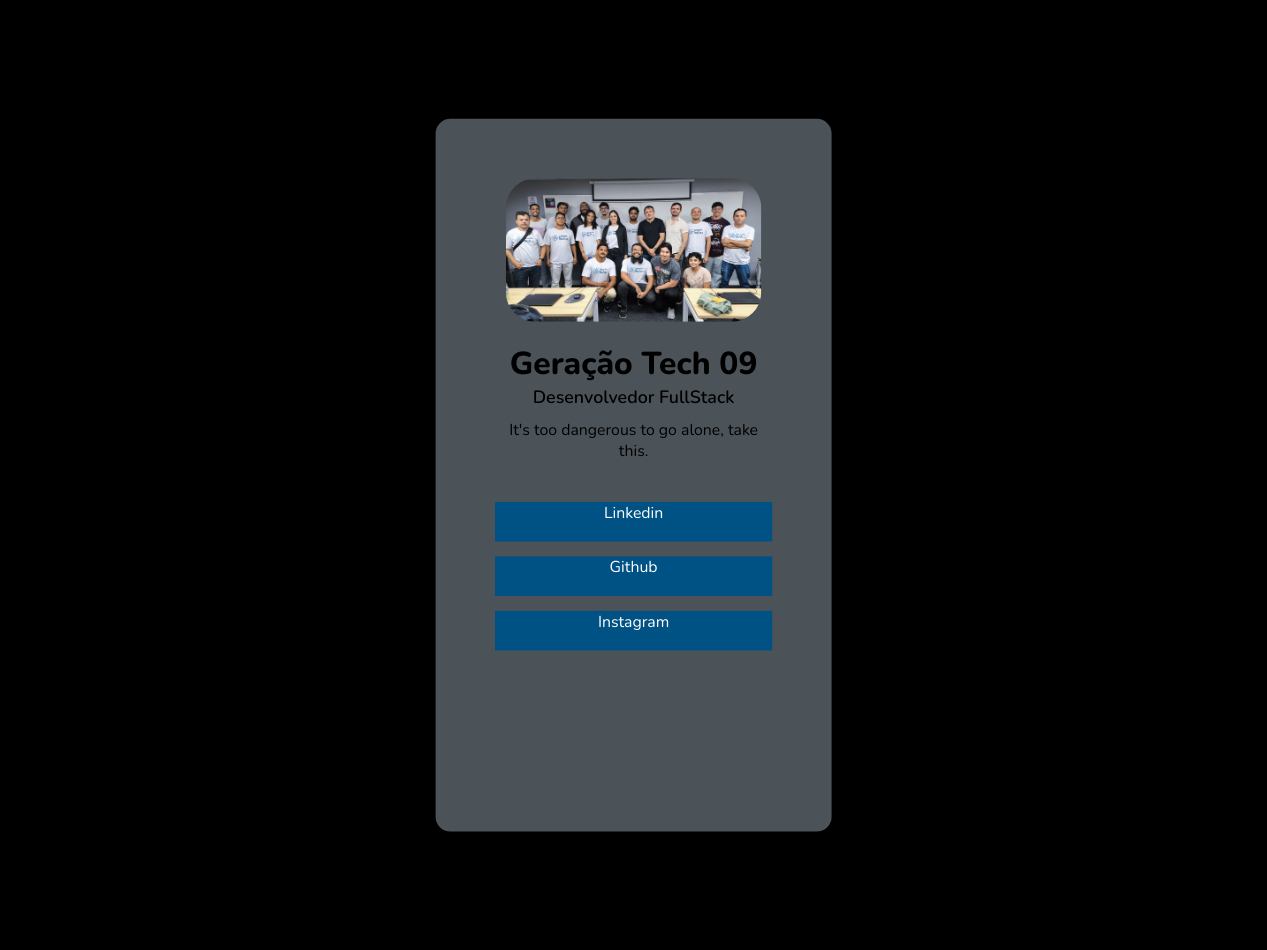
Repository: geracao-09/linktree-gt9
Page: index.html
An editor plug-in stored every save of this project. The page is shown before and after the next save, followed by the edit.
The browser window is 1280 px wide. The pictures show the whole page, at 99% of full size.

Above is the page before, as saved 2025-04-11 09:08:09.

After the next save:
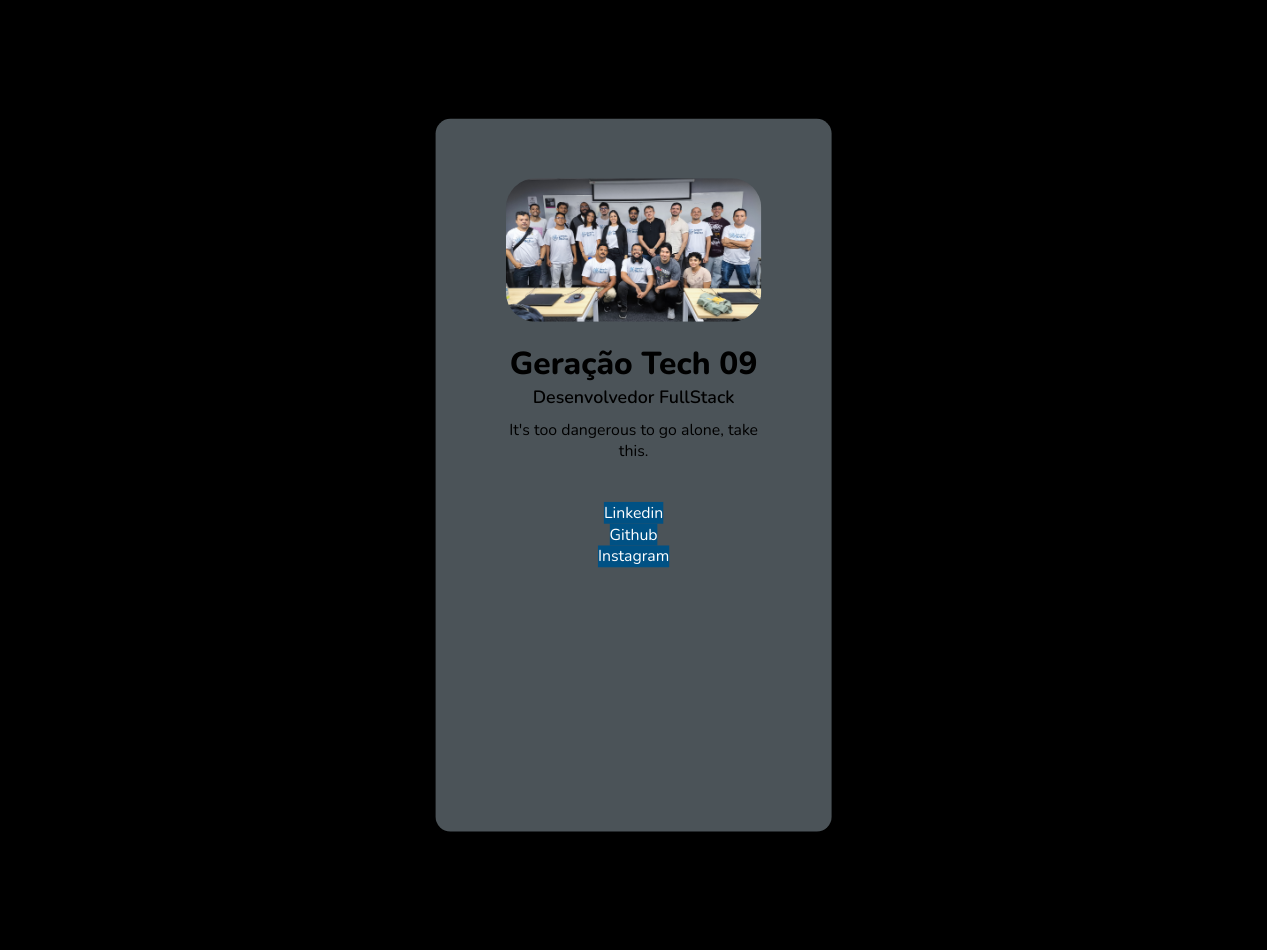
Saved 5 s later.
--- a/style.css
+++ b/style.css
@@ -51,7 +51,7 @@
   margin-top: 40px;
 }
 
-.container-social li {
+.container-social a {
   width: 280px;
   height: 40px;
   background-color: #005184;
